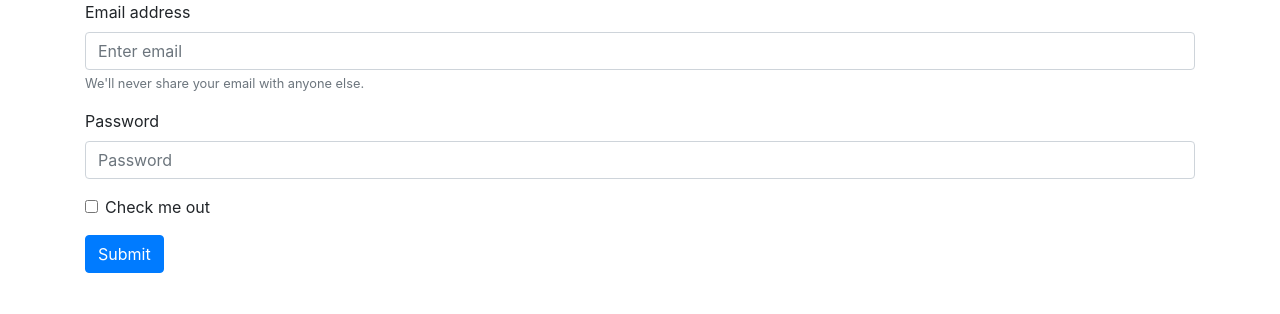
Repository: wellersonfc/simple-crud-react
Page: /
An editor plug-in stored every save of this project. The page is shown before and after the next save, followed by the edit.
The browser window is 1280 px wide. The pictures show the whole page.
The project was rebuilt for these pictures with package versions that can differ from the ones it lists, and the page was loaded fresh each time.

Above is the page before, as saved 2019-09-22 15:20:42.

### src/App.js
import React from 'react';
import logo from './logo.svg';
import 'bootstrap/dist/css/bootstrap.min.css';
function App() {
  return (
    <div className="App">
      <div className="container">
        <div>
          <form>
            <div class="form-group">
              <label for="exampleInputEmail1">Email address</label>
              <input type="email" class="form-control" id="exampleInputEmail1" aria-describedby="emailHelp" placeholder="Enter email"/>
              <small id="emailHelp" class="form-text text-muted">We'll never share your email with anyone else.</small>
            </div>
            <div class="form-group">
              <label for="exampleInputPassword1">Password</label>
              <input type="password" class="form-control" id="exampleInputPassword1" placeholder="Password"/>
            </div>
            <div class="form-group form-check">
              <input type="checkbox" class="form-check-input" id="exampleCheck1"/>
              <label class="form-check-label" for="exampleCheck1">Check me out</label>
            </div>
            <button type="submit" class="btn btn-primary">Submit</button>
        </form>
        </div>
      </div>
    </div>
  );
}

export default App;

Loaded but not shown: public/index.html (common file); src/index.js (common file); src/index.css (common file); src/serviceWorker.js (common file)

After the next save:
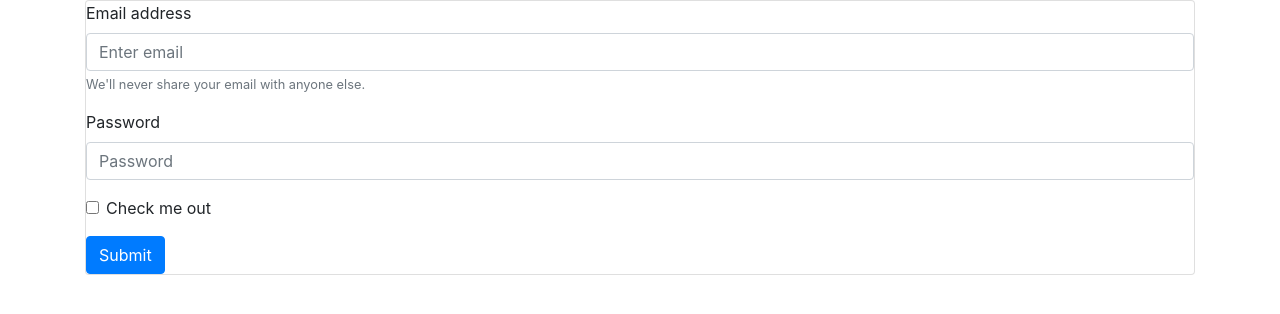
Saved 15 s later.
--- a/src/App.js
+++ b/src/App.js
@@ -5,7 +5,7 @@
   return (
     <div className="App">
       <div className="container">
-        <div>
+        <div className="card form-auto">
           <form>
             <div class="form-group">
               <label for="exampleInputEmail1">Email address</label>

After the save that followed:
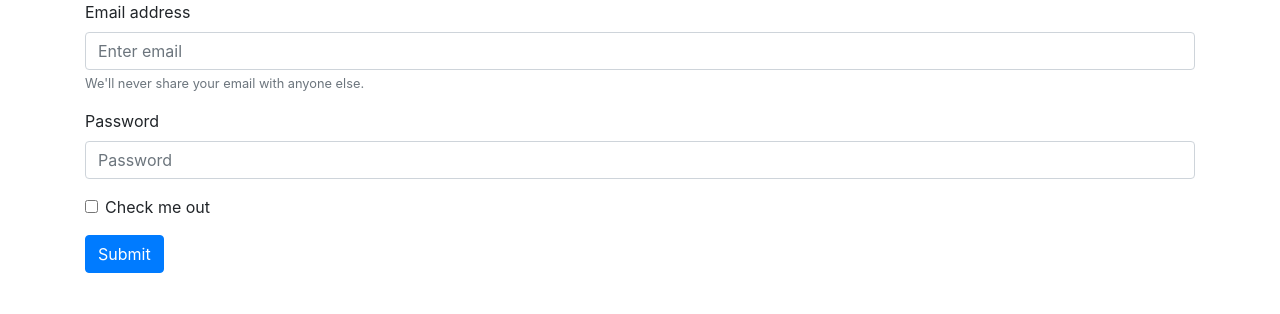
Saved 14 s later.
--- a/src/App.js
+++ b/src/App.js
@@ -5,7 +5,7 @@
   return (
     <div className="App">
       <div className="container">
-        <div className="card form-auto">
+        <div className=" form-auto">
           <form>
             <div class="form-group">
               <label for="exampleInputEmail1">Email address</label>
